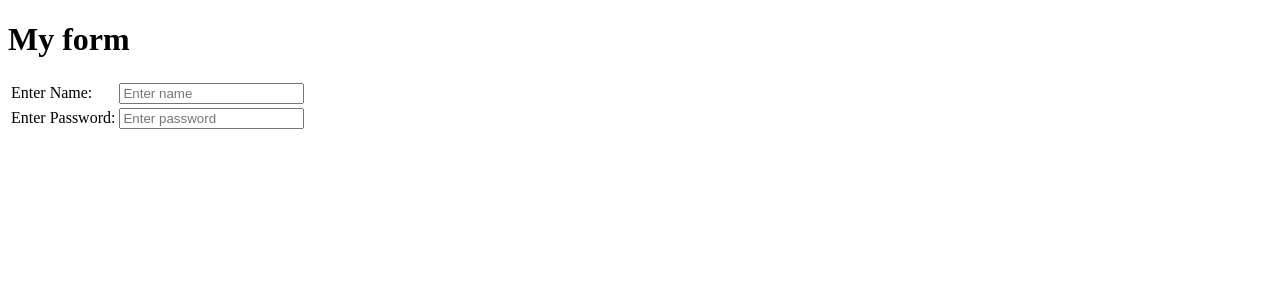
Repository: shitalshirole4044/Servlet-jsp
Page: http://localhost/test/
An editor plug-in stored every save of this project. The page is shown before and after the next save, followed by the edit.
The browser window is 1280 px wide. The pictures show the whole page.
The page is served by Tomcat 9.

Above is the page before, as saved 2024-02-14 09:03:47.

After the next save:
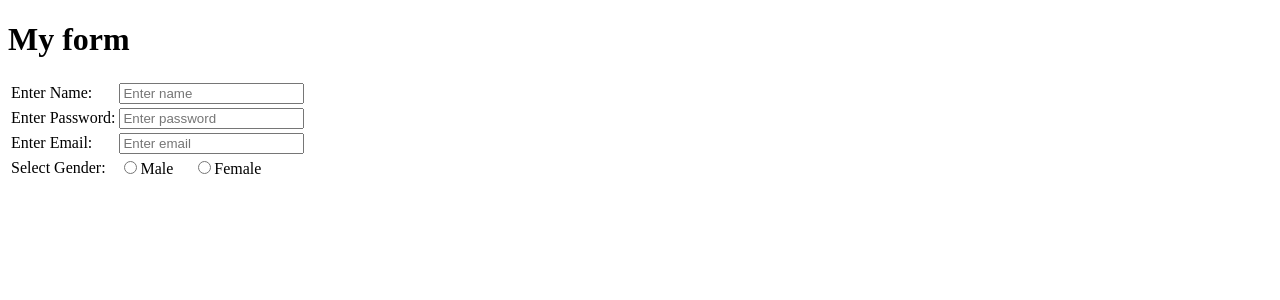
Saved 7 min 53 s later.
--- a/test/src/main/webapp/index.jsp
+++ b/test/src/main/webapp/index.jsp
@@ -19,6 +19,14 @@
 <td>Enter Password:</td>
 <td><input type="password" name="password" placeholder="Enter password"></td>
 </tr>
+<tr>
+<td>Enter Email:</td>
+<td><input type="email" name="user_email" placeholder="Enter email"></td>
+</tr>
+<tr>
+<td>Select Gender:</td>
+<td><input type="radio" name="user_gender" value="male">Male &nbsp; &nbsp; <input type="radio" name="user_gender" value="female">Female</td>
+</tr>
 </table>
 </form>
 </div>
